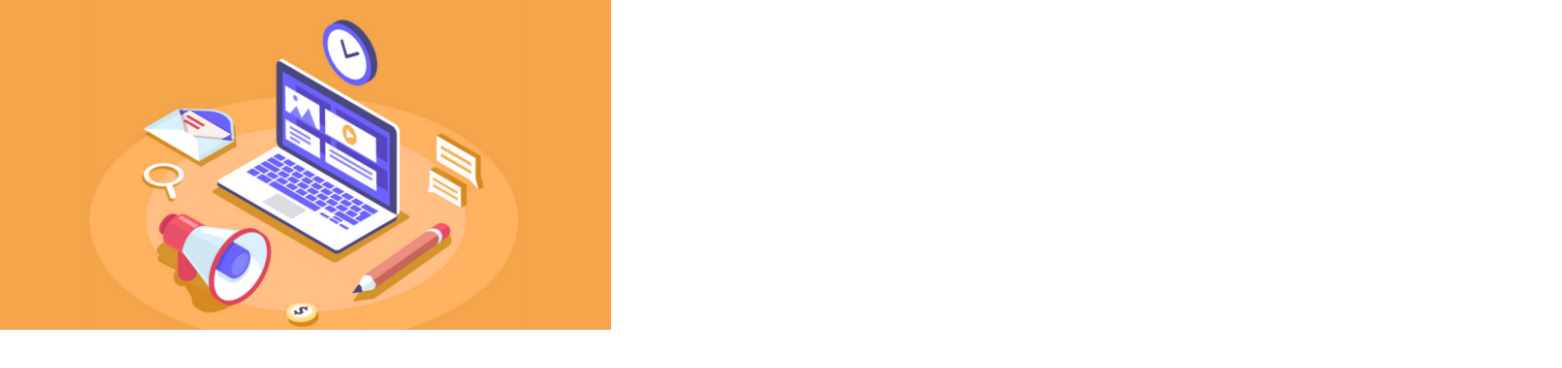
Repository: rafavirginio/tela-de-login
Page: index.html
These files come from the project's save history. The page is drawn as it stood at one moment and after the next save; the edit follows.
The browser window is 1280 px wide. The page is 1280 px wide, then 1610 px, so the pictures cover 1610 px, including what lies to the right of the window. The pictures show the whole page, at 97% of full size.

Above is the page before, as saved 2020-09-14 22:57:12.

### index.html
<!DOCTYPE html>
<html lang="en">

<head>
    <meta charset="UTF-8">
    <meta name="viewport" content="width=device-width, initial-scale=1.0">
    <title> Validador de Formulário </title>
    <link rel="stylesheet" href="style.css" />
</head>

<body>
    <div class="screen">
        <div class="leftside">

        </div>
        <div class="rightside">
            <img src="imgGR.png" alt "GR"/>

            <div>
            </div>

            <script src="script.js"></script>
</body>

</html>

### style.css
body {
    margin: 0;
}

.screen {
    display: flex;
}

.leftside {
    flex 1;
}

.leftside img {
    width: 80%;
}

.rightside {
    width: 300px;
}

Loaded but not shown: script.js (no copy from this time; the picture is the same without it)

After the next save:
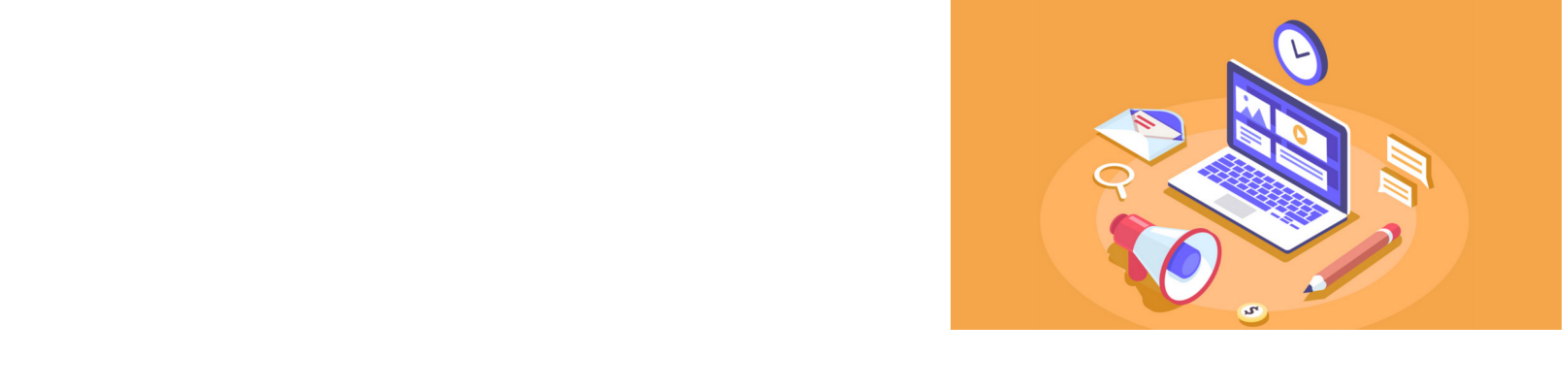
Saved 42 s later.
--- a/style.css
+++ b/style.css
@@ -7,11 +7,12 @@
 }
 
 .leftside {
-    flex 1;
+    flex: 1;
 }
 
 .leftside img {
     width: 80%;
+    height: auto;
 }
 
 .rightside {
